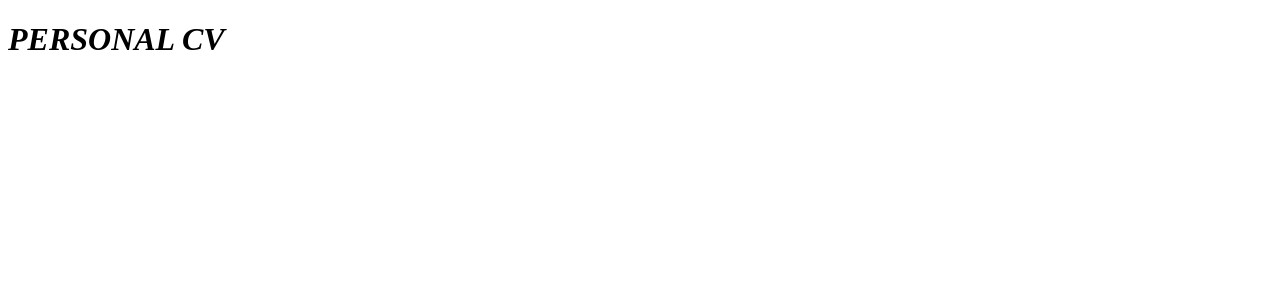
Repository: ChristhoferRisaldy/CVWeb
Page: web.html
An editor plug-in stored every save of this project. The page is shown before and after the next save, followed by the edit.
The browser window is 1280 px wide. The pictures show the whole page.

Above is the page before, as saved 2025-02-21 19:23:57.

### web.html
<!DOCTYPE html>
<html>
    <body>
        <h1><i>PERSONAL CV</i></h1>
    </body>
</html>

After the next save:
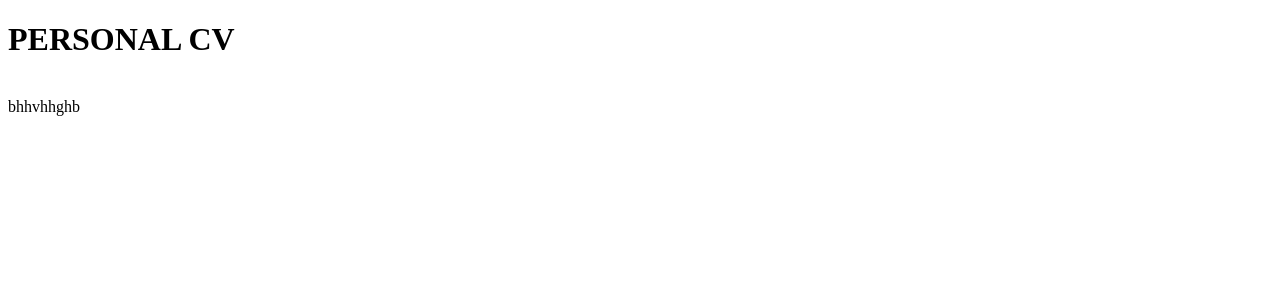
Saved 37 s later.
--- a/web.html
+++ b/web.html
@@ -1,6 +1,6 @@
 <!DOCTYPE html>
 <html>
     <body>
-        <h1><i>PERSONAL CV</i></h1>
+        <h1>PERSONAL CV</h1><br>bhhvhhghb
     </body>
 </html>
